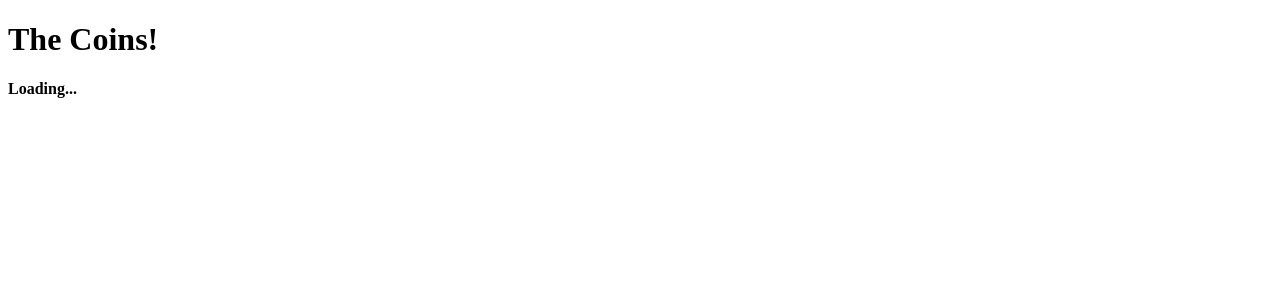
Repository: Leeminsu67/simple-coin-tracker
Page: /
The author's editor kept a copy of each file at every save. The page is drawn from the files as they stood at one save, then again after the next save.
The browser window is 1280 px wide. The pictures show the whole page.
The page's requests for data from a server got no answer. The project was rebuilt for these pictures with package versions that can differ from the ones it lists, and the page was loaded fresh each time. No one was signed in, and anything a server would have sent is missing.

Above is the page before, as saved 2024-08-03 21:23:22.

### src/App.js
import { useEffect, useState } from "react";

function App() {
  const [loading, setLoading] = useState(true);
  const [coins, setCoins] = useState([]);

  useEffect(() => {
    fetch(`https://api.coinpaprika.com/v1/tickers`)
      .then((response) => response.json())
      .then((json) => {
        setCoins(json);
        setLoading(false);
      });
  }, []);
  return (
    <div>
      <h1>The Coins!</h1>
      {loading ? <strong>Loading...</strong> : null}
      <ul>
        {coins.map((coin) => (
          <li key={coin.id}>
            {coin.name} ({coin.symbol}): ${coin.quotes.USD.price} USD
          </li>
        ))}
      </ul>
    </div>
  );
}

export default App;

Loaded but not shown: public/index.html (common file); src/index.js (common file)

After the next save:
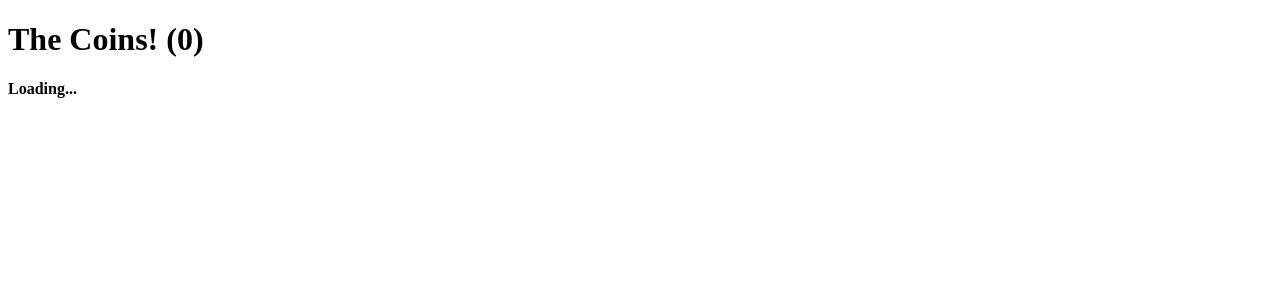
Saved 14 s later.
--- a/src/App.js
+++ b/src/App.js
@@ -14,7 +14,7 @@ function App() {
   }, []);
   return (
     <div>
-      <h1>The Coins!</h1>
+      <h1>The Coins! ({coins.length})</h1>
       {loading ? <strong>Loading...</strong> : null}
       <ul>
         {coins.map((coin) => (
